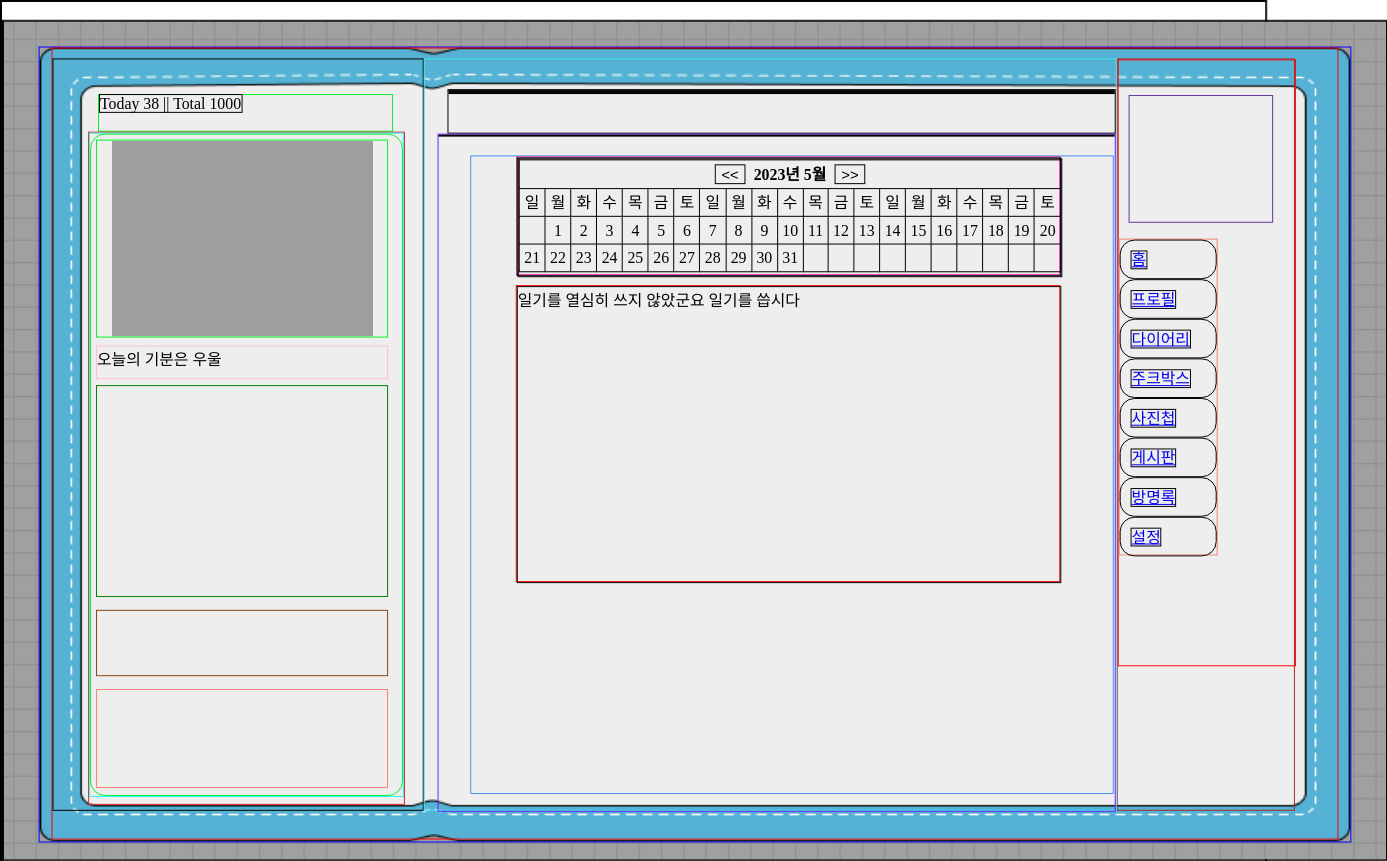
Repository: BBoBBoM/Jsp-workspace
Page: http://localhost/cyworldrenew1/diary.jsp
These files come from the project's save history. The page is drawn as it stood at one moment and after the next save; the edit follows.
The browser window is 1280 px wide. The page is 1401 px wide, so the pictures cover 1401 px, including what lies to the right of the window. The pictures show the whole page, at 99% of full size.
Pictures or frames that could not be fetched are drawn as grey boxes. An inner scrolling area shows only its first screen. The page is served by Tomcat 9. Queries for data that is not in the repository find no rows.

Above is the page before, as saved 2023-06-01 04:55:38.

After the next save:
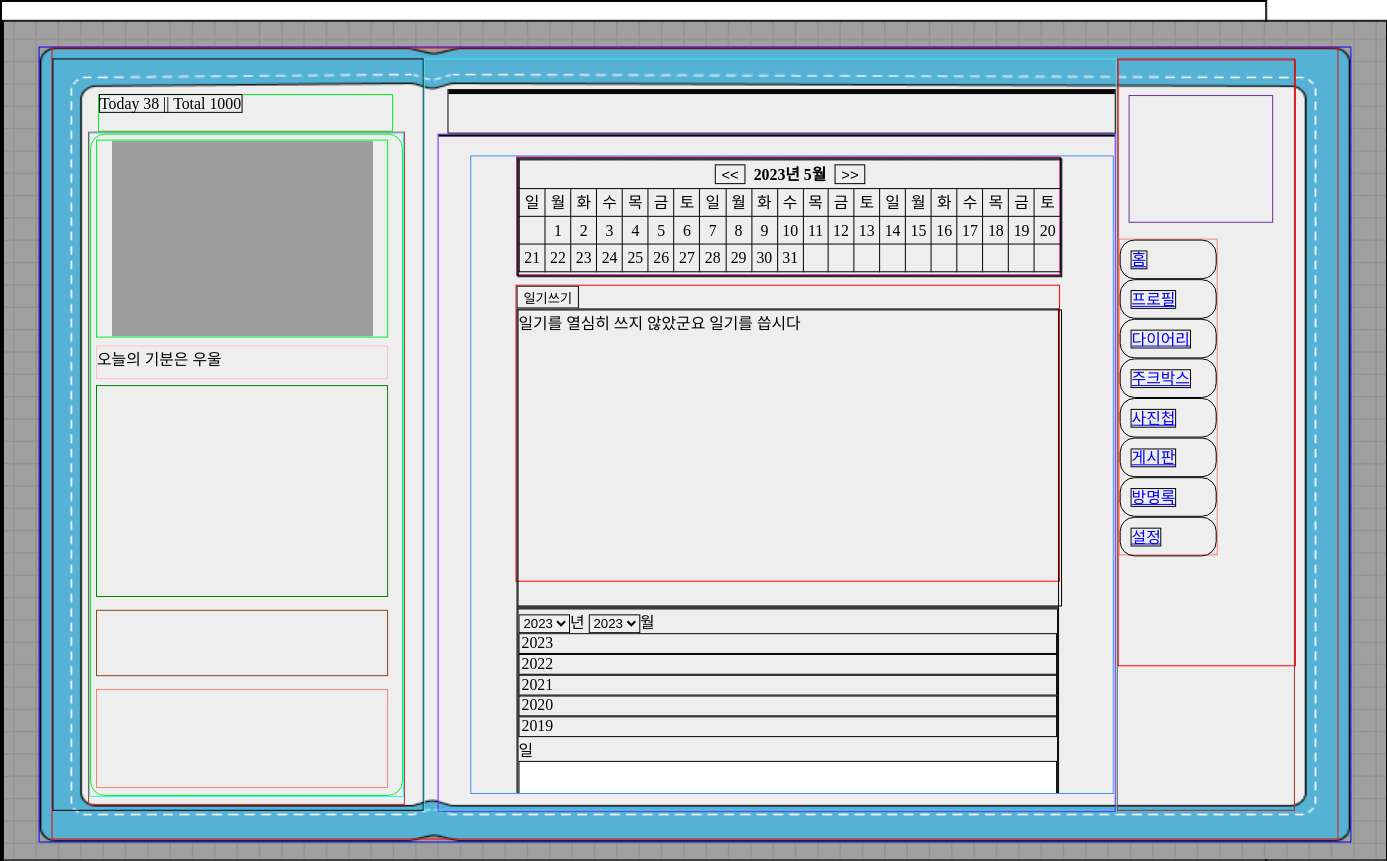
Saved 14 min 25 s later.
--- a/cyworldrenew1/src/main/webapp/diary.jsp
+++ b/cyworldrenew1/src/main/webapp/diary.jsp
@@ -515,7 +515,8 @@ input {
 										</div>
 									</div>
 									<div id="center_diary_contents">
-
+									<button onclick="showTextField()">일기쓰기</button>
+<div id="center_diary_contents1">
 										<%
 										if (!diary_contents.isEmpty()) {
 											for (int i = 0; i < diary_contents.size(); i++) {
@@ -534,6 +535,41 @@ input {
 										<%
 										}
 										%>
+								</div>
+								<div id="center_diary_contents2">
+								<form action="add_diary.jsp" method="post">
+								<select>
+								<option value="2023">2023</option>
+								<option value="2022">2022</option>
+								<option value="2021">2021</option>
+								<option value="2020">2020</option>
+								<option value="2019">2019</option>
+
+								</select>년
+																<select>
+								<option value="2023">2023</option>
+								<option value="2022">2022</option>
+								<option value="2021">2021</option>
+								<option value="2020">2020</option>
+								<option value="2019">2019</option>
+
+								</select>월
+
+																<option value="2023">2023</option>
+								<option value="2022">2022</option>
+								<option value="2021">2021</option>
+								<option value="2020">2020</option>
+								<option value="2019">2019</option>
+
+								</select>일
+								<textarea style="width:100%;height:90%;" id="add_diary" name="add_diary">
+
+								</textarea>
+
+
+
+								</form>
+								</div>
 									</div>
 
 
